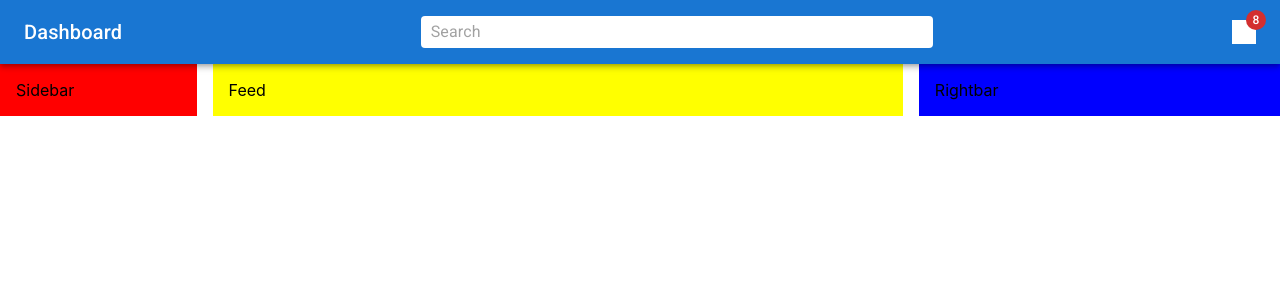
Repository: abubaker-cs/mui5_dashboard
Page: /
The author's editor kept a copy of each file at every save. The page is drawn from the files as they stood at one save, then again after the next save.
The browser window is 1280 px wide. The pictures show the whole page.
The project was rebuilt for these pictures with package versions that can differ from the ones it lists, and the page was loaded fresh each time. Also part of the build but not shown: src/App.css.

Above is the page before, as saved 2022-07-17 06:17:12.

After the next save:
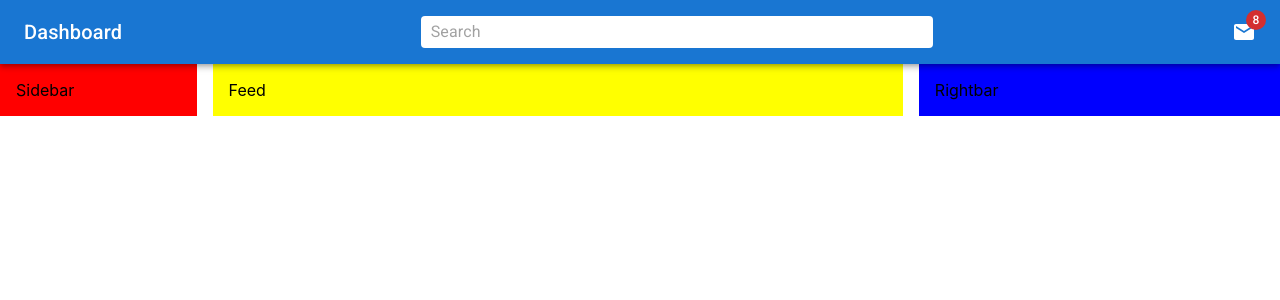
Saved 41 s later.
--- a/src/components/Navbar.jsx
+++ b/src/components/Navbar.jsx
@@ -24,9 +24,7 @@ const Search = styled("div")(({ theme }) => ({
   width: "40%",
 }));
 
-const Icons = styled(Box)(({ theme }) => ({
-  backgroundColor: "white",
-}));
+const Icons = styled(Box)(({ theme }) => ({}));
 
 const Navbar = () => {
   return (
